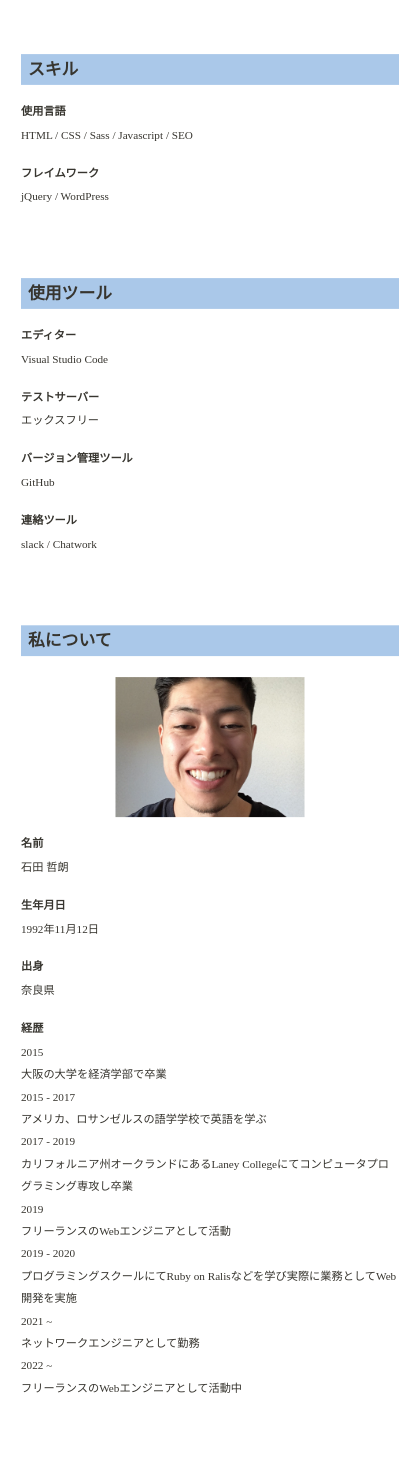
Repository: tetishi/my-portfolio
Page: index.html
The author's editor kept a copy of each file at every save. The page is drawn from the files as they stood at one save, then again after a run of saves.
The browser window is 600 px wide. The pictures show the part of the page from y = 3725 to 5965 px (the page is 5825 px tall before and 5965 px after), at 70% of full size.
The style sheet was rebuilt from its Sass, Less or Tailwind sources for each picture, by a compiler version that may differ from the author's.

Above is the page before, as saved 2023-07-08 23:48:36.

### index.html
<!DOCTYPE html>
<html lang="ja">

<head>
    <meta name="robots" content="noindex">
    <meta charset="UTF-8">
    <meta name="viewport" content="width=device-width, initial-scale=1.0">
    <meta http-equiv="X-UA-Compatible" content="ie=edge">
    <meta property="og:title" content="ここにタイトル入れてください" />
    <meta property="og:type" content="website" />
    <meta property="og:url" content="#" />
    <meta property="og:image" content="#" />
    <meta property="og:site_name" content="" />
    <meta property="og:description" content="ここには説明文を入れてください" />
    <title>ポートフォリオ</title>
    <link rel="stylesheet" href="reset.css">
    <link rel="stylesheet" href="style.css">
    <link rel="icon" href="img/favicon.ico">

</head>

<body>
    <header>

    </header>

    <main>

        <section>
            <!-- ここ記入 -->
            <h1>ポートフォリオ<br class="d-none">（石田 哲朗）</h1>
            <p>お忙しい中 ご覧頂きありがとうございます。</p>
            <p>以下、過去の作品でございます。</p>
            <!-- ここ記入 -->
            <!-- <p>ベーシック認証がかかっているものは<br>ID aaa<br>パスワード aaa<br> です。</p> -->
        </section>
        <section>

            <h2>過去の作品</h2>
            <h3 class="sub-tit">LP作成</h3>

            <!-- １作品目 -->
            <div class="work">
                <!-- サイトのイメージ写真を入れます -->
                <picture>
                    <source srcset="img/munchkin.webp" type="image/webp">
                    <img src="img/munchkin.png">
                </picture>
                <!-- ここ記入 -->
                <p class="work_tit">MUNCHKIN</p>
                <!-- ここ記入 -->
                <p class="work_link"><a target="_blank" rel="noopener noreferrer" href="https://tetishi.github.io/munchkin2/">MUNCHKINへのリンク</a></p>
                <p class="details">＊担当業務</p>
                <p>コーディング</p>
                <p class="details">＊制作期間</p>
                <!-- ここ記入 -->
                <p>1週間</p>
                <p class="details">＊説明</p>
                <!-- ここ記入 -->
                <p>XDのデザインを元にHTML5, CSS3, jQueryを使いレスポンシブ対応のデザインカンプとして作成しました。jQueryによるアニメーション効果あり（ハンバーガーメニュー、スクロールボタン）</p>
            </div>

            <!-- 　２作品目 -->
            <div class="work">
                <!-- サイトのイメージ写真を入れます -->
                <picture>
                    <source srcset="img/start.webp" type="image/webp">
                    <img src="img/start.png">
                </picture>
                <!-- ここ記入 -->
                <p class="work_tit">START</p>
                <!-- ここ記入 -->
                <p class="work_link"><a target="_blank" rel="noopener noreferrer" href="https://tetishi.github.io/">STARTへのリンク</a></p>
                <p class="details">＊担当業務</p>
                <p>コーディング</p>
                <p class="details">＊制作期間</p>
                <!-- ここ記入 -->
                <p>1週間</p>
                <p class="details">＊説明</p>
                <!-- ここ記入 -->
                <p>XDのデザインを元にHTML5, CSS3, jQueryを使いレスポンシブ対応のデザインカンプとして作成しました。jQueryによるアニメーション効果あり（ハンバーガーメニュー）</p>
            </div>

            <!-- 　3作品目 -->
            <div class="work">
                <!-- サイトのイメージ写真を入れます -->
                <picture>
                    <source srcset="img/wdc.webp" type="image/webp">
                    <img src="img/wdc.png">
                </picture>
                <!-- ここ記入 -->
                <p class="work_tit">WDC</p>
                <!-- ここ記入 -->
                <p class="work_link"><a target="_blank" rel="noopener noreferrer" href="https://tetishi.github.io/wdc/">WDCへのリンク</a></p>
                <p class="details">＊担当業務</p>
                <p>コーディング</p>
                <p class="details">＊制作期間</p>
                <!-- ここ記入 -->
                <p>2週間</p>
                <p class="details">＊説明</p>
                <!-- ここ記入 -->
                <p>XDのデザインを元にHTML5, CSS3, jQueryを使いレスポンシブ対応のデザインカンプとして作成しました。jQueryによるアニメーション効果あり（ページ内スクロールボタン、トップに戻るボタン）</p>
            </div>

            <!-- 　4作品目 -->
            <div class="work">
                <!-- サイトのイメージ写真を入れます -->
                <picture>
                    <source srcset="img/cresta-design.webp" type="image/webp">
                    <img src="img/cresta-design.png">
                </picture>
                <!-- ここ記入 -->
                <p class="work_tit">Cresta Design</p>
                <!-- ここ記入 -->
                <p class="work_link"><a target="_blank" rel="noopener noreferrer" href="https://tetishi.github.io/cresta-design/">Cresta Designへのリンク</a></p>
                <p class="details">＊担当業務</p>
                <p>コーディング</p>
                <p class="details">＊制作期間</p>
                <!-- ここ記入 -->
                <p>2週間</p>
                <p class="details">＊説明</p>
                <!-- ここ記入 -->
                <p>XDのデザインを元にHTML5, CSS3, jQueryを使いレスポンシブ対応のデザインカンプとして作成しました。jQueryによるアニメーション効果あり（ハンバーガーメニュー、ページ内スクロールボタン）</p>
            </div>



            <!-- <h3 class="sub-tit">コーポレイトサイト作成</h3> -->
            <!-- <div class="work"> -->
                <!-- サイトのイメージ写真を入れます -->
                <!-- <picture>
                    <source srcset="img/#" type="image/webp">
                    <img src="img/#">
                </picture> -->
                <!-- ここ記入 -->
                <!-- <p class="work_tit">ここに作品のタイトルを入れます</p> -->
                <!-- ここ記入 -->
                <!-- <p class="work_link"><a target="_blank" rel="noopener noreferrer" href="#">ここにリンクを入れます</a></p>
                <p class="details">＊担当業務</p>
                <p>コーディング</p>
                <p class="details">＊制作期間</p> -->
                <!-- ここ記入 -->
                <!-- <p>○週間</p>
                <p class="details">＊説明</p> -->
                <!-- ここ記入 -->
                <!-- <p>ここに説明文を入れます</p>
            </div> -->


        </section>
        <section>
            <h2>スキル</h2>
            <h3 class="info-tit">使用言語</h3>
            <p>HTML / CSS / Sass / Javascript / SEO </p>
            <h3 class="info-tit">フレイムワーク</h3>
            <p>jQuery / WordPress</p>
        </section>
        <section>
            <h2>使用ツール</h2>
            <h3 class="info-tit">エディター</h3>
            <p>Visual Studio Code</p>
            <h3 class="info-tit">テストサーバー</h3>
            <p>エックスフリー</p>
            <h3 class="info-tit">バージョン管理ツール</h3>
            <p>GitHub</p>
            <h3 class="info-tit">連絡ツール</h3>
            <p>slack / Chatwork</p>
        </section>
        <section>
            <h2>私について</h2>
            <!-- 自分の写真を入れます -->
            <img class="people" src="img/myself.jpeg">
            <h3 class="info-tit">名前</h3>
            <!-- ここ記入 -->
            <p>石田 哲朗</p>
            <h3 class="info-tit">生年月日</h3>
            <!-- ここ記入 -->
            <p>1992年11月12日</p>
            <h3 class="info-tit">出身</h3>
            <!-- ここ記入 -->
            <p>奈良県</p>
            <h3 class="info-tit">経歴</h3>
            <!-- ここ記入 -->
            <ul class="carrier-list">
                <li class="carrier-item">
                    <p class="carrier-year">2015</p>
                    <p class="carrier-content">大阪の大学を経済学部で卒業</p>
                </li>
                <li class="carrier-item">
                    <p class="carrier-year">2015 - 2017</p>
                    <p class="carrier-content">アメリカ、ロサンゼルスの語学学校で英語を学ぶ</p>
                </li>
                <li class="carrier-item">
                    <p class="carrier-year">2017 - 2019</p>
                    <p class="carrier-content">カリフォルニア州オークランドにあるLaney Collegeにてコンピュータプログラミング専攻し卒業</p>
                </li>
                <li class="carrier-item">
                    <p class="carrier-year">2019</p>
                    <p class="carrier-content">フリーランスのWebエンジニアとして活動</p>
                </li>
                <li class="carrier-item">
                    <p class="carrier-year">2019 - 2020</p>
                    <p class="carrier-content">プログラミングスクールにてRuby on Ralisなどを学び実際に業務としてWeb開発を実施</p>
                </li>
                <li class="carrier-item">
                    <p class="carrier-year">2021 ~</p>
                    <p class="carrier-content">ネットワークエンジニアとして勤務</p>
                </li>
                <li class="carrier-item">
                    <p class="carrier-year">2022 ~</p>
                    <p class="carrier-content">フリーランスのWebエンジニアとして活動中</p>
                </li>
            </ul>
        </section>



    </main>

    <footer>

    </footer>

</body>

</html>

### reset.css
/*
html5doctor.com Reset Stylesheet
v1.6.1
Last Updated: 2010-09-17
Author: Richard Clark - http://richclarkdesign.com
Twitter: @rich_clark
*/

html,
body,
div,
span,
object,
iframe,
h1,
h2,
h3,
h4,
h5,
h6,
p,
blockquote,
pre,
abbr,
address,
cite,
code,
del,
dfn,
em,
img,
ins,
kbd,
q,
samp,
small,
strong,
sub,
sup,
var,
b,
i,
dl,
dt,
dd,
ol,
ul,
li,
fieldset,
form,
label,
legend,
table,
caption,
tbody,
tfoot,
thead,
tr,
th,
td,
article,
aside,
canvas,
details,
figcaption,
figure,
footer,
header,
hgroup,
menu,
nav,
section,
summary,
time,
mark,
audio,
video {
    margin: 0;
    padding: 0;
    border: 0;
    outline: 0;
    font-size: 100%;
    vertical-align: baseline;
    background: transparent;
}

body {
    line-height: 1;
}

article,
aside,
details,
figcaption,
figure,
footer,
header,
hgroup,
menu,
nav,
section {
    display: block;
}

nav ul {
    list-style: none;
}

blockquote,
q {
    quotes: none;
}

blockquote:before,
blockquote:after,
q:before,
q:after {
    content: '';
    content: none;
}

a {
    margin: 0;
    padding: 0;
    font-size: 100%;
    vertical-align: baseline;
    background: transparent;
}


/* change colours to suit your needs */

ins {
    background-color: #ff9;
    color: #000;
    text-decoration: none;
}


/* change colours to suit your needs */

mark {
    background-color: #ff9;
    color: #000;
    font-style: italic;
    font-weight: bold;
}

del {
    text-decoration: line-through;
}

abbr[title],
dfn[title] {
    border-bottom: 1px dotted;
    cursor: help;
}

table {
    border-collapse: collapse;
    border-spacing: 0;
}


/* change border colour to suit your needs */

hr {
    display: block;
    height: 1px;
    border: 0;
    border-top: 1px solid #cccccc;
    margin: 1em 0;
    padding: 0;
}

input,
select {
    vertical-align: middle;
}


/*end reset css*/

### style.scss
$main-color: #AAC8E9;
img {
    width: 100%;
}

h1,
h2,
h3,
p {
    color: #37352F;
}

a {
    color: #7A7975;
}

h1 {
    font-size: 2.5rem;
    margin-bottom: 50px;
}

h2 {
    background-color: $main-color;
    font-size: 1.5rem;
    padding: 10px;
    margin-top: 100px;
}

p {
    line-height: 2;
}

.d-flex {
    display: flex;
}

.d-none {
    display: none;
}

.d-block {
    display: block;
}

header {
    height: 50px;
    width: 100%;
    position: fixed;
    top: 0;
    background-color: #ffffff;
    margin-bottom: 50px;
    display: flex;
    align-items: center;
    .logo {
        width: 150px;
    }
}

.header-inner {
    width: 90%;
    margin: 0 auto;
}

main {
    max-width: 800px;
    width: 80%;
    margin: 150px auto;
}

.sub-tit {
    margin-top: 70px;
    margin-bottom: -60px;
}

.info-tit {
    margin: 30px 0 10px 0;
}

.work {
    width: 90%;
    margin: 0 auto;
    margin-top: 100px;
    img {
        max-height: 300px;
        object-fit: contain;
        margin: 0 auto;
        margin-bottom: 30px;
        display: block;
    }
    .d-flex img {
        max-width: 450px;
        width: 70%;
    }
}

.details {
    margin-top: 30px;
}

.people {
    height: 200px;
    width: 20%;
    object-fit: cover;
    margin-top: 50px;
}

.carrier-item {
    display: flex;
    .carrier-year {
        white-space: nowrap;
        width: 20%;
    }
    .carrier-content {
        width: 80%;
    }
}

@media all and (max-width:650px) {
    main {
        width: 90%;
        margin: 100px auto;
    }
    .d-flex {
        display: block;
    }
    .d-none {
        display: block;
    }
    .d-block {
        display: none !important;
    }
    h1 {
        font-size: 2rem;
    }
    .people {
        display: block;
        width: 50%;
        margin: 0 auto;
        margin-top: 30px;
    }
    // .carrier-list {
    //     list-style-type: disc;
    // }
    .carrier-item {
        display: block;
        // list-style-type: disc;
        .carrier-year {
            // list-style-type: disc;
            width: 100%;
        }
        .carrier-content {
            width: 100%;
        }
    }
}

After the next 4 saves:
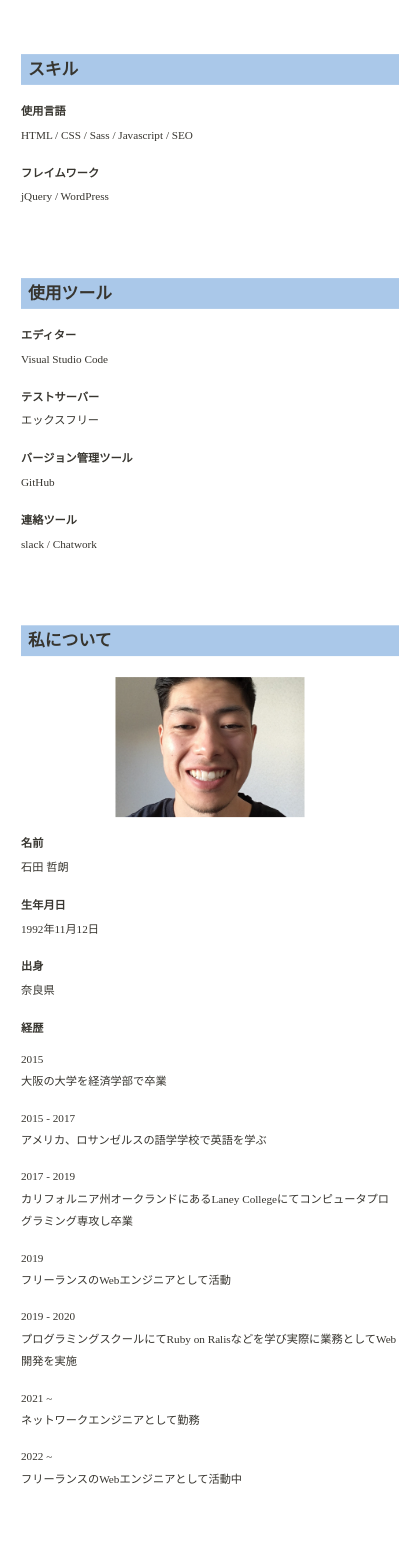
The 4 saves are shown as one change because they came seconds apart.
The last was saved 21 s later.
--- a/style.scss
+++ b/style.scss
@@ -143,6 +143,7 @@ main {
     // }
     .carrier-item {
         display: block;
+        padding: 10px 0;
         // list-style-type: disc;
         .carrier-year {
             // list-style-type: disc;
